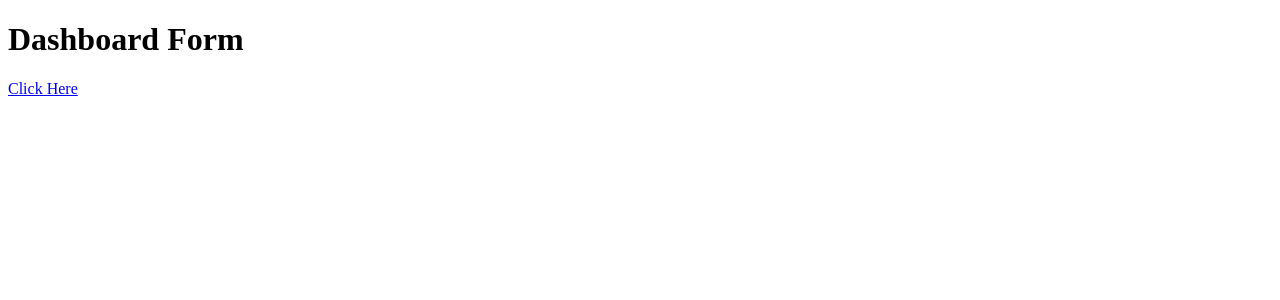
Repository: sach7691/eclipse-projects
Page: http://localhost/customer-management-application/dashboard.jsp
The author's editor kept a copy of each file at every save. The page is drawn from the files as they stood at one save, then again after the next save.
The browser window is 1280 px wide. The pictures show the whole page.
The page is served by Tomcat 9. Other server files are loaded and not shown.

Above is the page before, as saved 2022-08-11 20:39:33.

### customer-management-application/src/main/webapp/dashboard.jsp
<%@ page language="java" contentType="text/html; charset=ISO-8859-1"
    pageEncoding="ISO-8859-1"%>
<!DOCTYPE html>
<html>
<head>
<meta charset="ISO-8859-1">
<title>dashboard</title>
</head>
<body>

<h1>Dashboard Form</h1>

<a href="View all registered customers">Click Here</a>

</body>
</html>

After the next save:
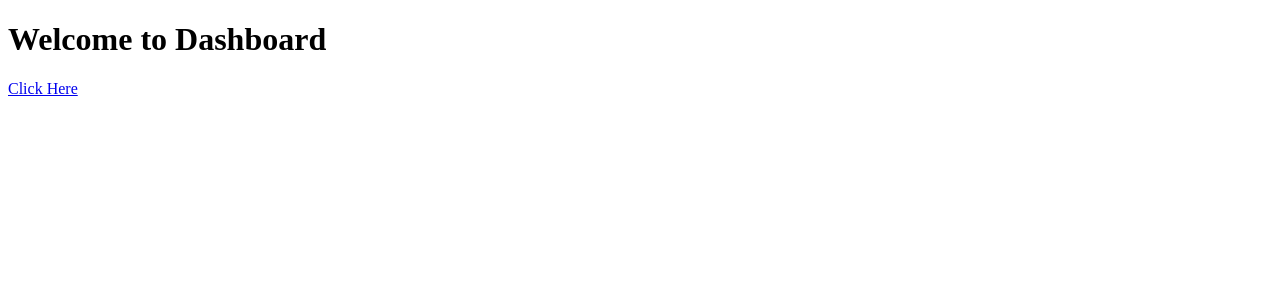
Saved 23 s later.
--- a/customer-management-application/src/main/webapp/dashboard.jsp
+++ b/customer-management-application/src/main/webapp/dashboard.jsp
@@ -8,7 +8,7 @@
 </head>
 <body>
 
-<h1>Dashboard Form</h1>
+<h1>Welcome to Dashboard</h1>
 
 <a href="View all registered customers">Click Here</a>
 
